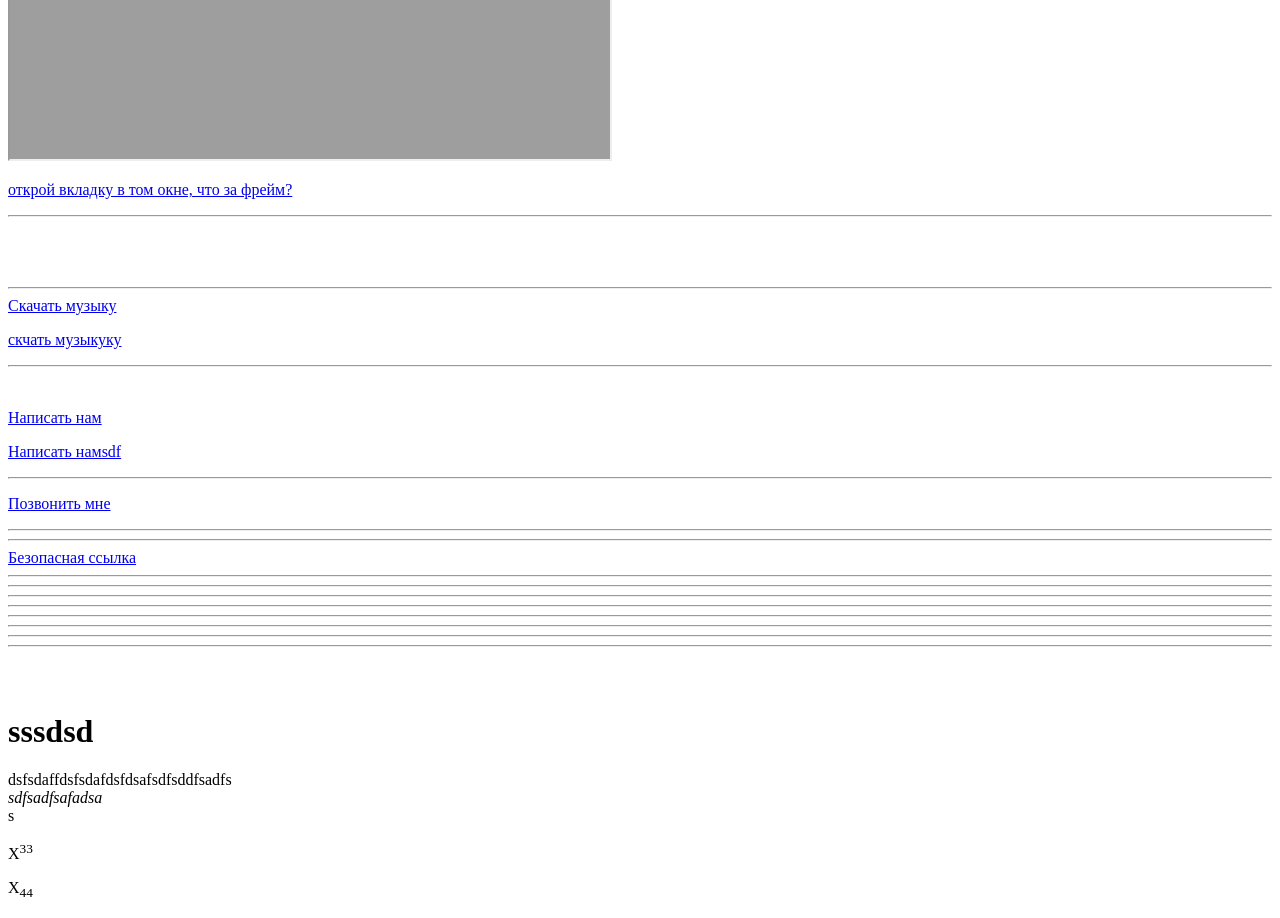
Repository: sannikovcode/exercises-a1
Page: JS/test1/task4/index.html
An editor plug-in stored every save of this project. The page is shown before and after the next save, followed by the edit.
The browser window is 1280 px wide. The pictures show the part of the page from y = 455 to 1407 px (the page is 1373 px tall before and 1407 px after).
Pictures or frames that could not be fetched are drawn as grey boxes.

Above is the page before, as saved 2025-10-17 08:58:52.

### JS/test1/task4/index.html
<!DOCTYPE html>
<html lang="en">

<head>
    <meta charset="UTF-8">
    <meta name="viewport" content="width=device-width, initial-scale=1.0">
    <title>88</title>
</head>

<>
    <h1>Заголовок</h1>

    <p>E = mc<sup>2</sup> — формула энергии.</p>

    <p><a href="https://example.com" target="_blank">новая вкладка</a></p>

    <p><a href="https://example.com" target="_self">открой вкладку в том окне</a></p>


    <iframe src="https://example.com" width="600" height="400"></iframe>

    <p><a href="https://example.com" target="_parent">открой вкладку в том окне, что за фрейм?</a></p>


    <hr>
    <br>
    <br>
    <br>
    <hr>

    <a href="music.mp3" download="">Скачать музыку</a>
    <p><a href="music.mp3" download>скчать музыкуку</a></p>

    <hr>
    <br>

    <!--Сылки mailto, tel: -->
    <p><a href="mailto:example@mail.com">Написать нам</a></p>
    <p><a href="mailto:example@mail.com?subject=Вопрос&body=Добрый день">Написать намsdf</a></p>

    <hr>
    <p><a href="tel:+1234567890">Позвонить мне</a></p>

    <hr>
    <hr>
    <!-- rel -->
    <a href="https://example.com" target="_blank" rel="noopener">Безопасная ссылка</a>

    <hr>
    <hr>
    <hr>
    <hr>
    <hr>
    <hr>
    <hr>
    <hr>
    <br><br>
    <h1>sssdsd</h1>
    <p>
    <div>dsfsdaffdsfsdafdsfdsafsdfsddfsadfs</div>
    <div><i>sdfsadfsafadsa</i></div>s
    </p>



    <p>X<sup>33</sup></p>

    <p>X<sub>44</sub></p>




















    </body>

</html>

After the next save:
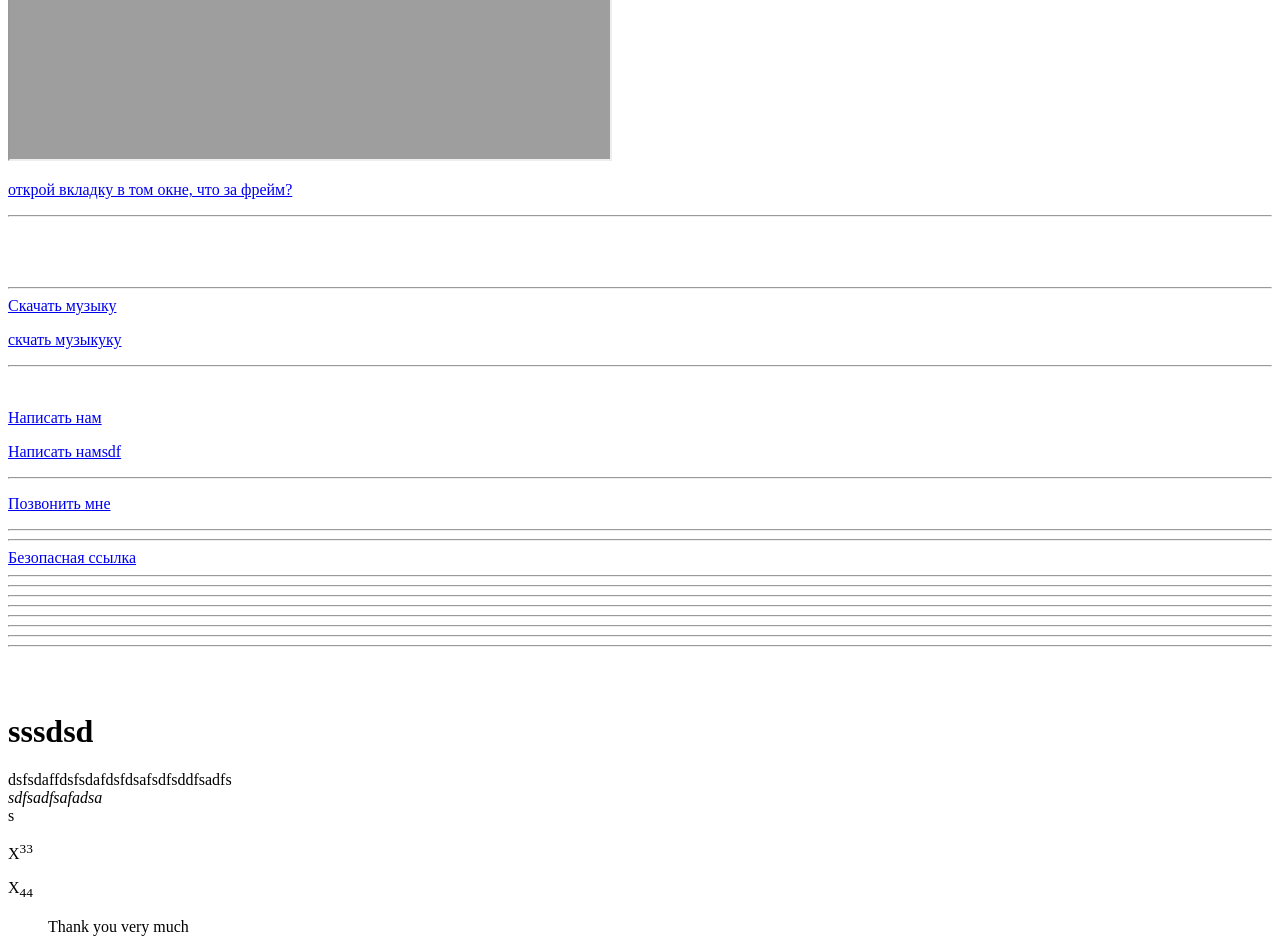
Saved 56 s later.
--- a/JS/test1/task4/index.html
+++ b/JS/test1/task4/index.html
@@ -67,6 +67,10 @@
 
     <p>X<sub>44</sub></p>
 
+    <p>
+    <blockquote>Thank you very much</blockquote>
+    </p>
+
 
 
 
